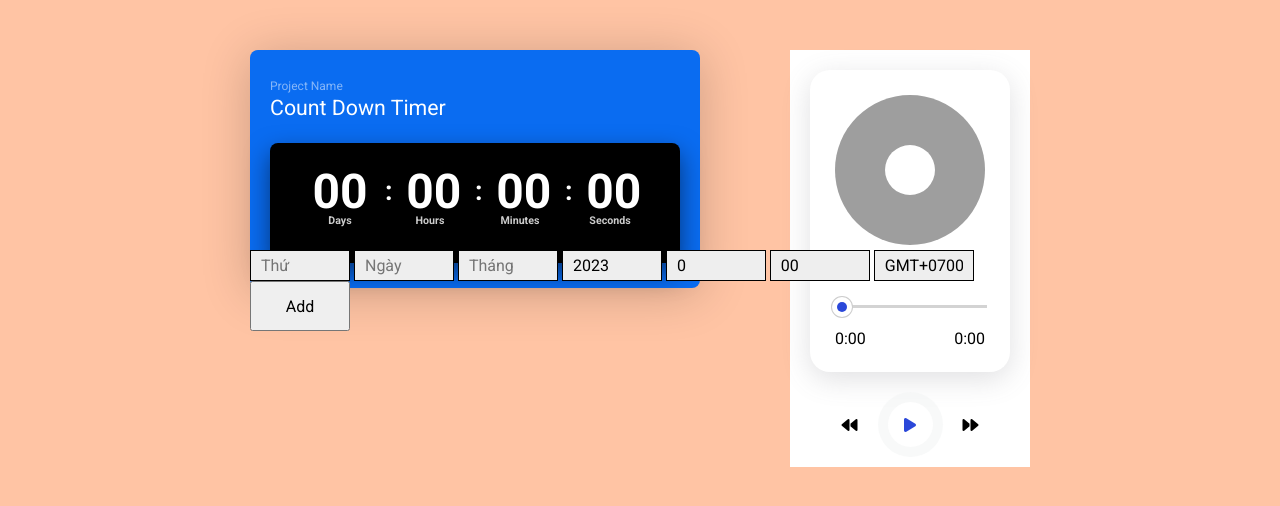
Repository: thuanpham00/CountDownTimer
Page: index.html
These files come from the project's save history. The page is drawn as it stood at one moment and after the next save; the edit follows.
The browser window is 1280 px wide. The pictures show the whole page.
Pictures or frames that could not be fetched are drawn as grey boxes. Some web libraries are served in a nearby version. The style sheet was rebuilt from its Sass, Less or Tailwind sources for each picture, by a compiler version that may differ from the author's.

Above is the page before, as saved 2023-09-27 15:35:22.

### index.html
<!DOCTYPE html>
<html lang="en">
    <head>
        <meta charset="UTF-8" />
        <meta name="viewport" content="width=device-width, initial-scale=1.0" />
        <title>Count Down</title>
        <link rel="preconnect" href="https://fonts.googleapis.com" />
        <link rel="preconnect" href="https://fonts.gstatic.com" crossorigin />
        <link
            href="https://fonts.googleapis.com/css2?family=Roboto:wght@300;400;500;700;900&display=swap"
            rel="stylesheet"
        />
        <script src="https://kit.fontawesome.com/3115b3f4f1.js"></script>
        <link rel="stylesheet" href="./assets/css/main.css" />
    </head>
    <body>
        <div class="timer">
            <div class="timer-wrapper">
                <div>
                    <label class="timer-title">Project Name</label>
                    <label class="timer-name">Count Down Timer</label>
                </div>
                <div class="counter">
                    <div class="days">
                        <div class="value" id="days">00</div>
                        <span>Days</span>
                    </div>

                    <div class="hours">
                        <div class="value" id="hours">00</div>
                        <span>Hours</span>
                    </div>

                    <div class="minutes">
                        <div class="value" id="minutes">00</div>
                        <span>Minutes</span>
                    </div>

                    <div class="seconds">
                        <div class="value" id="seconds">00</div>
                        <span>Seconds</span>
                    </div>
                </div>
            </div>
            <div class="player">
                <div class="player-box">
                    <div class="player-media">
                        <img
                            src="https://cdn.dribbble.com/users/3960463/screenshots/14630140/media/c79331860d7ca1b97430a4888617f428.png?compress=1&resize=800x600"
                            alt=""
                            class="player-image"
                        />
                    </div>
                    <div class="progress">
                        <input
                            type="range"
                            id="progress-bar"
                            min="0"
                            max=""
                            value="0"
                            class="bar"
                        />
                        <audio src="./files/holo.mp3" id="song"></audio>
                    </div>
                    <div class="player-number">
                        <span class="player-remaining">0:00</span>
                        <span class="player-duration">0:00</span>
                    </div>
                </div>
                <div class="player-tool">
                    <i class="fa fa-backward player-prev"></i>
                    <i class="fa fa-play player-play"></i>
                    <i class="fa fa-forward player-next"></i>
                </div>
            </div>
        </div>
        <form class="form-timer">
            <input type="text" name="day" placeholder="Thứ" class="dayInput" />
            <input
                type="text"
                name="date"
                placeholder="Ngày"
                class="dateInput"
            />
            <input
                type="text"
                name="month"
                placeholder="Tháng"
                class="monthInput"
            />
            <input
                type="number"
                name="year"
                placeholder="Năm"
                value="2023"
                class="yearInput"
            />
            <input
                type="number"
                name="hour"
                placeholder="Giờ"
                class="hourInput"
                value="0"
            />
            <input
                type="number"
                name="minute"
                placeholder="Phút"
                class="minuteInput"
                value="00"
            />
            <input
                type="text"
                name="GMT"
                value="GMT+0700 (Indochina Time)"
                class="hourInput"
            />
            <button class="todo__submit" type="submit">Add</button>
        </form>
        <script src="./assets/js/main.js"></script>
    </body>
</html>

### assets/js/main.js
window.addEventListener("load", function () {
    const daysText = document.querySelector("#days");
    const hoursText = document.querySelector("#hours");
    const minutesText = document.querySelector("#minutes");
    const secondsText = document.querySelector("#seconds");

    function setTimer(
        dayInput,
        monthInput,
        dateInput,
        yearInput,
        hourInput,
        minuteInput,
        gmtInput
    ) {
        let currentTime = new Date().getTime();
        const endTime = new Date(
            yearInput,
            getMonthIndex(monthInput),
            dateInput,
            hourInput,
            minuteInput
        ).getTime();

        if (isNaN(endTime) || endTime - currentTime <= 0) return;
        setInterval(changeTimer, 500);
        changeTimer();

        function changeTimer() {
            let days, hours, minutes, seconds;
            const now = new Date();
            let startTime = now.getTime();
            let countDown = parseInt((endTime - startTime) / 1000);
            if (countDown > 0) {
                days = parseInt(countDown / 86400);
                countDown = countDown % 86400;
                hours = parseInt(countDown / 3600);
                countDown = countDown % 3600;
                minutes = parseInt(countDown / 60);
                countDown = countDown % 60;
                seconds = parseInt(countDown);

                daysText.textContent = `${days}`.slice(-2);
                hoursText.textContent = `${hours}`.slice(-2);
                minutesText.textContent = `${minutes}`.slice(-2);
                secondsText.textContent = `${seconds}`.slice(-2);
            }
        }

        function getMonthIndex(monthName) {
            const months = [
                "Jan",
                "Feb",
                "Mar",
                "Apr",
                "May",
                "Jun",
                "Jul",
                "Aug",
                "Sep",
                "Oct",
                "Nov",
                "Dec",
            ];
            return months.indexOf(monthName);
        }
    }

    const formTimer = document.querySelector(".form-timer");
    formTimer.addEventListener("submit", function (e) {
        e.preventDefault();
        const dayInput = this.elements["day"].value;
        const monthInput = this.elements["month"].value;
        const dateInput = parseInt(this.elements["date"].value);
        const yearInput = parseInt(this.elements["year"].value);
        const hourInput = parseInt(this.elements["hour"].value);
        const minuteInput = parseInt(this.elements["minute"].value);
        const gmtInput = this.elements["GMT"].value;
        setTimer(
            dayInput,
            monthInput,
            dateInput,
            yearInput,
            hourInput,
            minuteInput,
            gmtInput
        );
    });
});

### scss/main.scss
html,
body,
div,
span,
applet,
object,
iframe,
h1,
h2,
h3,
h4,
h5,
h6,
p,
blockquote,
pre,
a,
abbr,
acronym,
address,
big,
cite,
code,
del,
dfn,
em,
img,
ins,
kbd,
q,
s,
samp,
small,
strike,
strong,
sub,
sup,
tt,
var,
b,
u,
i,
center,
dl,
dt,
dd,
ol,
ul,
li,
fieldset,
form,
label,
legend,
table,
caption,
tbody,
tfoot,
thead,
tr,
th,
td,
article,
aside,
canvas,
details,
embed,
figure,
figcaption,
footer,
header,
hgroup,
menu,
nav,
output,
ruby,
section,
summary,
time,
mark,
audio,
video {
    margin: 0;
    padding: 0;
    border: 0;
    font-size: 100%;
    font: inherit;
    vertical-align: baseline;
}
/* HTML5 display-role reset for older browsers */
article,
aside,
details,
figcaption,
figure,
footer,
header,
hgroup,
menu,
nav,
section {
    display: block;
}
body {
    line-height: 1;
}
ol,
ul {
    list-style: none;
}
blockquote,
q {
    quotes: none;
}
blockquote:before,
blockquote:after,
q:before,
q:after {
    content: "";
    content: none;
}
table {
    border-collapse: collapse;
    border-spacing: 0;
}

*,
::after,
::before {
    box-sizing: border-box;
}

html {
    font-size: 62.5%;
}

body {
    font-size: 1.6rem;
    font-family: "Poppins", sans-serif;
}

input,
select,
textarea,
button {
    font-size: inherit;
    font-family: inherit;
}

$continer-color: #0a6cf1;
$continer-padding: 30px 20px 10px 20px;
body {
    font-family: "Roboto", sans-serif;
    background: #ffc4a4;
    user-select: none;
}

.timer {
    position: relative;
    min-height: 400px;

    &-wrapper {
        position: absolute;
        left: 250px;
        top: 50px;
        background-color: $continer-color;
        padding: $continer-padding;
        border-radius: 8px;
        color: #fff;
        min-width: 450px;
        box-shadow: 0 5px 50px rgba(0, 0, 0, 0.2);
    }

    label {
        display: block;
    }

    &-title {
        font-size: 9pt;
        opacity: 0.5;
    }

    &-name {
        font-size: 16pt;
        margin: 5px 0;
    }

    .counter {
        padding: 25px;
        margin: 25px 0 15px 0;
        background-color: #000;
        font-weight: 700;
        border-radius: 8px;
        box-shadow: 0 10px 25px rgba(0, 0, 0, 0.5);
        min-height: 120px;

        div {
            display: inline-block;
        }
        .days,
        .hours,
        .minutes,
        .seconds {
            width: 25%;
            float: left;
            text-align: center;
            .value {
                display: block;
                font-size: 36pt;
                width: 100%;
                display: block;
            }
            span {
                font-size: 8pt;
                opacity: 0.8;
                width: 100%;
                display: block;
            }
        }
        .hours::before,
        .minutes::before,
        .seconds::before {
            content: ":";
            float: left;
            font-size: 20pt;
            position: relative;
            margin-top: 10px;
            opacity: 0.7;
            animation: pink 1s ease-in-out infinite;
        }
    }

    .player {
        position: absolute;
        right: 250px;
        top: 50px;
        background-color: white;
        padding: 20px;
    }

    .player-box {
        box-shadow: rgba(100, 100, 111, 0.2) 0px 7px 29px 0px;
        padding: 25px;
        display: flex;
        align-items: center;
        justify-content: center;
        flex-direction: column;
        text-align: center;
        border-radius: 20px;
        max-width: 500px;
        margin: 0 auto 30px;
    }

    .player-media {
        position: relative;
        width: 150px;
        height: 150px;
        border-radius: 100rem;
        margin-bottom: 25px;
    }
    .player-media:before {
        content: "";
        width: 50px;
        height: 50px;
        background-color: white;
        border-radius: 100px;
        position: absolute;
        top: 50%;
        left: 50%;
        transform: translate(-50%, -50%);
        z-index: 10;
    }

    .player-image {
        width: 100%;
        height: 100%;
        object-fit: cover;
        border-radius: inherit;
    }

    .player-image.is-playing {
        animation: rotate 10s forwards infinite linear;
    }

    @keyframes rotate {
        to {
            transform: rotate(360deg);
        }
    }

    .progress {
        margin-bottom: 20px;
        margin-top: 25px;
    }

    .player-number {
        display: flex;
        justify-content: space-between;
        align-items: center;
        width: 100%;
    }

    .player-tool {
        display: flex;
        justify-content: center;
        align-items: center;
    }

    .player-play {
        color: #2b48d9;
        width: 45px;
        height: 45px;
        border-radius: 100rem;
        display: flex;
        justify-content: center;
        align-items: center;
        cursor: pointer;
        background-color: white;
        box-shadow: 0 0 0 10px rgba(242, 243, 244, 0.5);
        font-size: 16px;
        margin: 0 30px;
    }

    .player-next,
    .player-prev {
        cursor: pointer;
        font-size: 16px;
    }

    .progress {
        width: 100%;
        position: relative;
    }

    .bar {
        -webkit-appearance: none;
        width: 100%;
        height: 3px;
        background: #d3d3d3;
        outline: none;
        -webkit-transition: 0.2s;
        transition: opacity 0.2s;
    }

    .bar::-webkit-slider-thumb {
        -webkit-appearance: none;
        appearance: none;
        width: 10px;
        height: 10px;
        border-radius: 100rem;
        background-color: #2b48d9;
        box-shadow: 0 0 0 5px white, 0 0 0 6px #ccc;
    }

    /* .bar::-webkit-slider-thumb chọn phần tử con của phần tử có lớp bar mà là "thumb" của thanh trượt (slider)
     dành cho trình duyệt WebKit (chẳng hạn như Safari hoặc Chrome).

    .bar::-moz-range-thumb chọn phần tử con của phần tử có lớp bar mà là "thumb" của
    thanh trượt (slider) dành cho trình duyệt Firefox (Mozilla).
    */

    .bar::-moz-range-thumb {
        cursor: pointer;
        width: 10px;
        height: 10px;
        border-radius: 100rem;
        background-color: #2b48d9;
        box-shadow: 0 0 0 5px white, 0 0 0 6px #ccc;
    }
}

@keyframes pink {
    0% {
        opacity: 1;
    }
    50% {
        opacity: 0.5;
    }
    100% {
        opacity: 1;
    }
}

.form-timer {
    position: absolute;
    left: 250px;
    margin-top: -150px;
    max-width: 900px;

    input {
        width: 100px;
        padding: 5px 10px;
        outline: none;
        background: #eee;
        border: 1px solid #000;
    }

    button {
        width: 100px;
        height: 50px;
        display: block;
    }
}

After the next save:
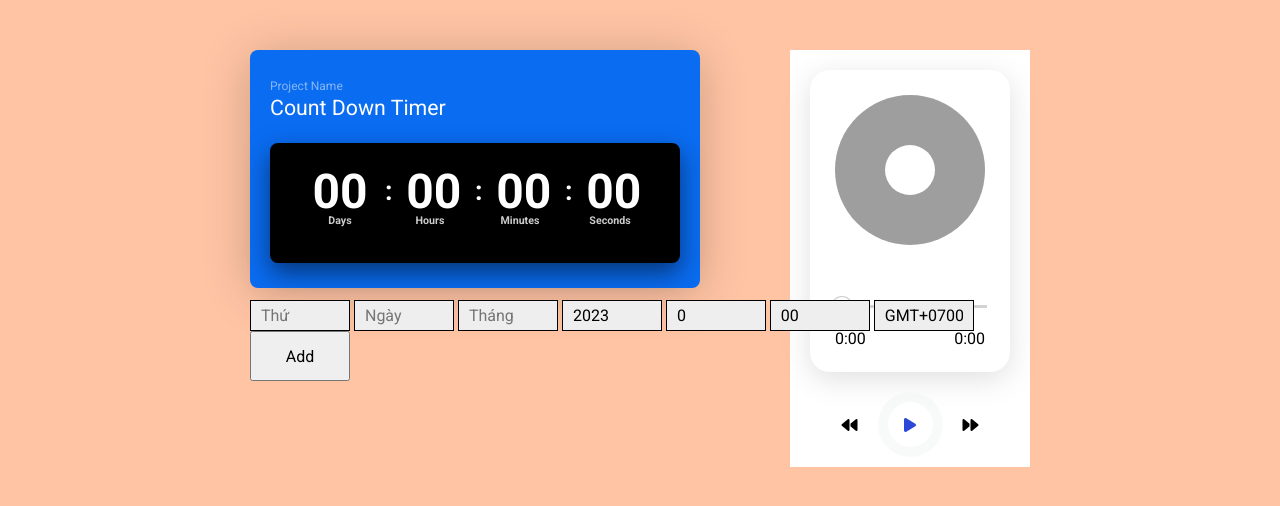
Saved 4 s later.
--- a/scss/main.scss
+++ b/scss/main.scss
@@ -383,7 +383,7 @@ body {
 .form-timer {
     position: absolute;
     left: 250px;
-    margin-top: -150px;
+    margin-top: -100px;
     max-width: 900px;
 
     input {
